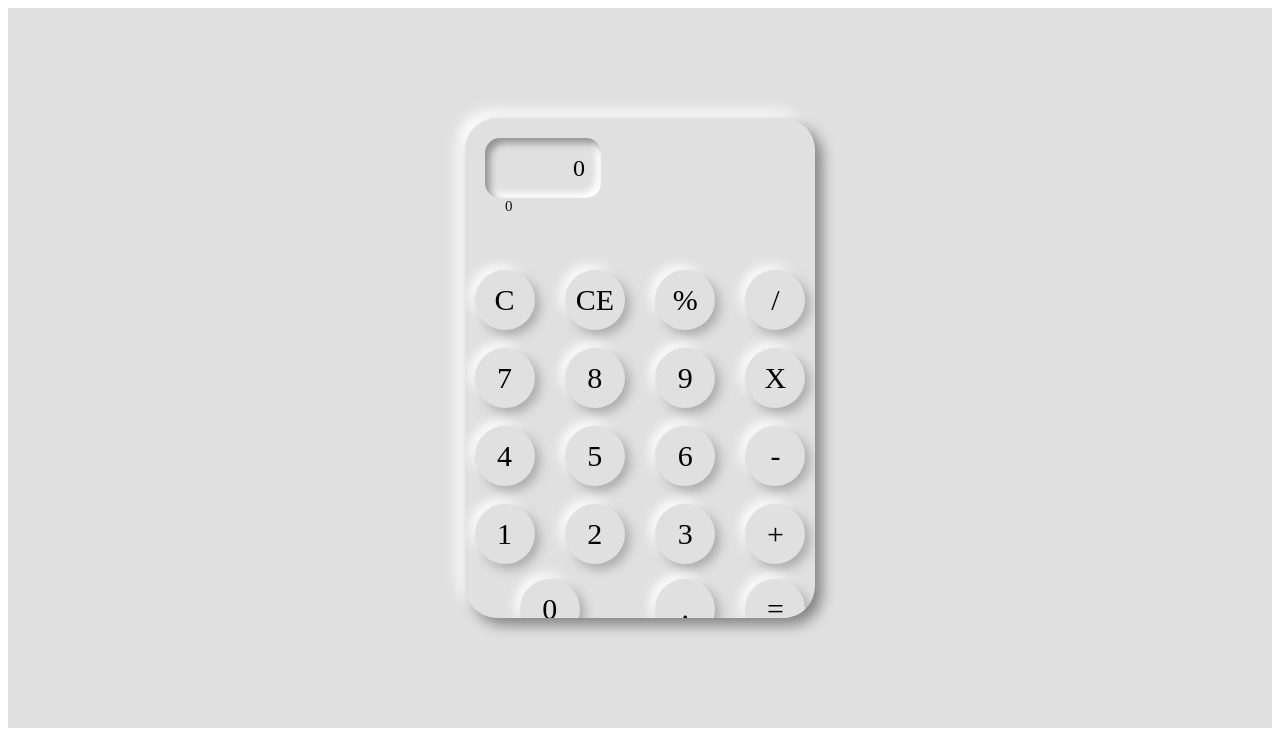
Repository: Goldmyn/Calculator
Page: index.html
An editor plug-in stored every save of this project. The page is shown before and after a run of saves, followed by the edit.
The browser window is 1280 px wide. The pictures show the whole page.

Above is the page before, as saved 2022-09-28 02:27:46.

After the next 2 saves:
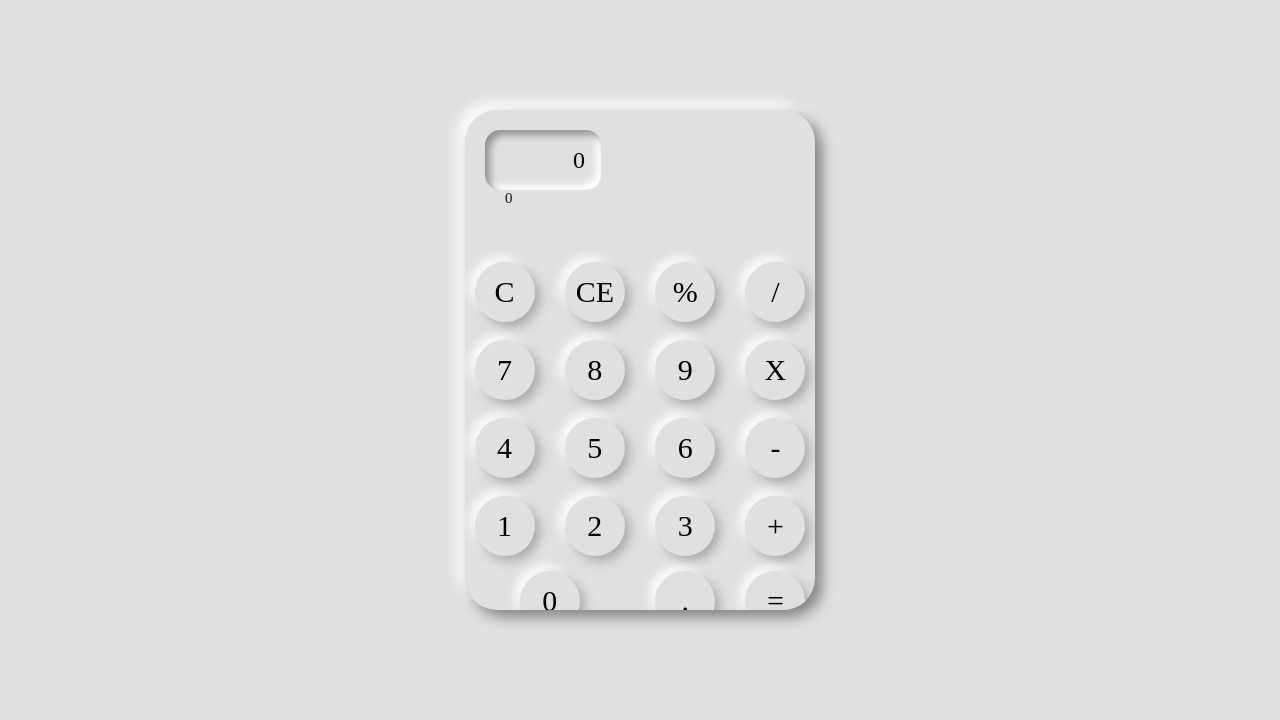
The 2 saves are shown as one change because they came seconds apart.
The last was saved 4 s later.
--- a/index.css
+++ b/index.css
@@ -1,6 +1,7 @@
 * {
     padding: 0;
-    ma
+    margin: 0;
+
 }
 html {
     font-family: 'Gill Sans', 'Gill Sans MT', Calibri, 'Trebuchet MS', sans-serif';
